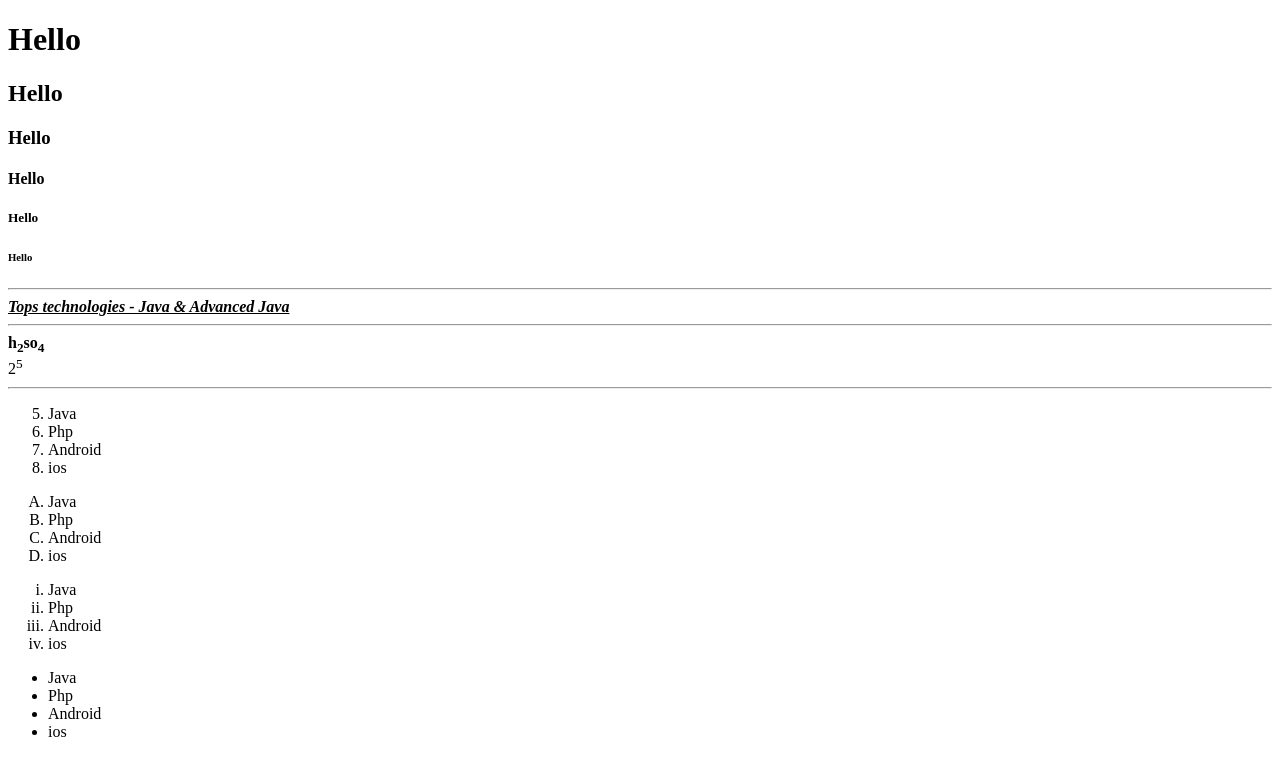
Repository: Chintan-elite/Java_Shail
Page: Learning_web/src/main/webapp/index.html
The author's editor kept a copy of each file at every save. The page is drawn from the files as they stood at one save, then again after the next save.
The browser window is 1280 px wide. The pictures show the whole page.

Above is the page before, as saved 2023-09-08 12:05:59.

After the next save:
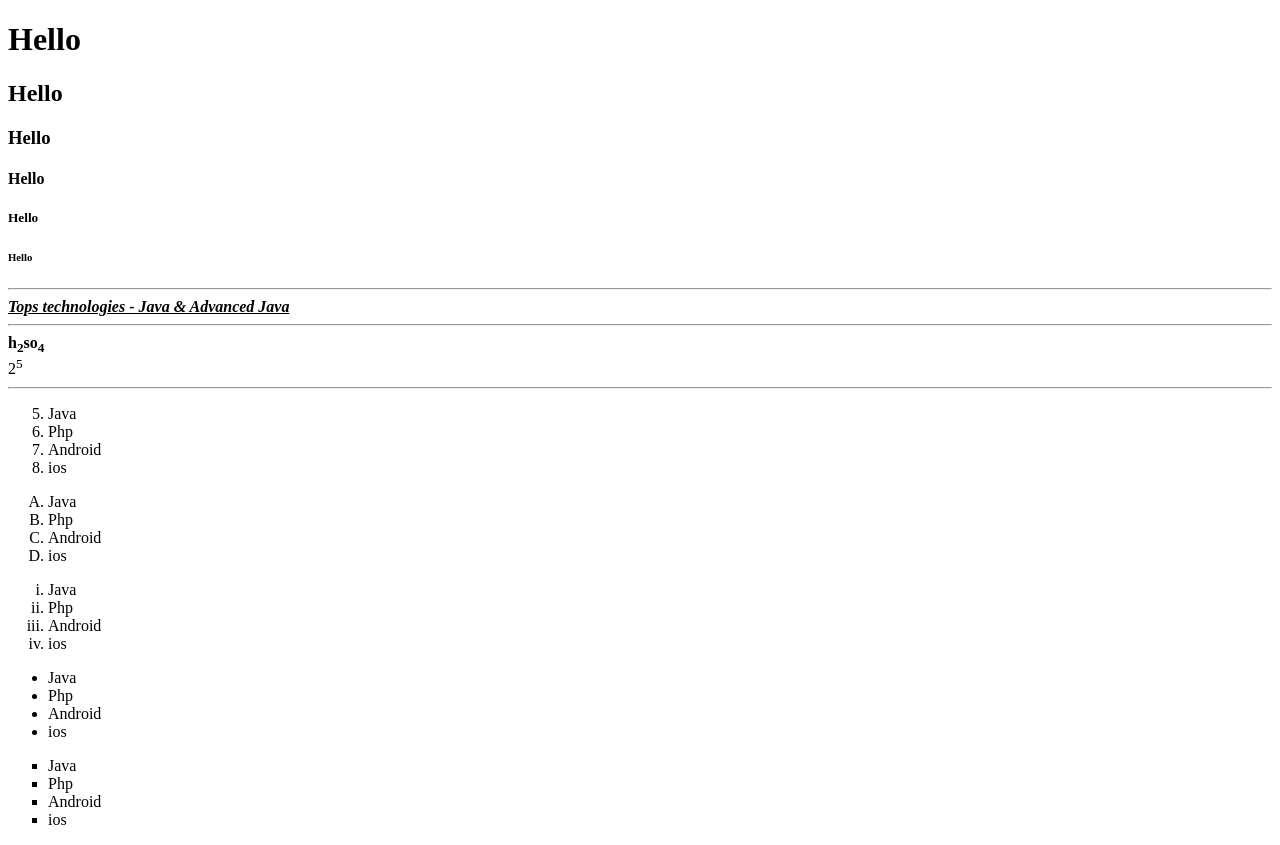
Saved 23 s later.
--- a/Learning_web/src/main/webapp/index.html
+++ b/Learning_web/src/main/webapp/index.html
@@ -52,6 +52,13 @@
 	<li>ios</li>
 	</ul>
 
+	<ul type="square">
+	<li>Java</li>
+	<li>Php</li>
+	<li>Android</li>
+	<li>ios</li>
+	</ul>
+
 
 
 </body>
